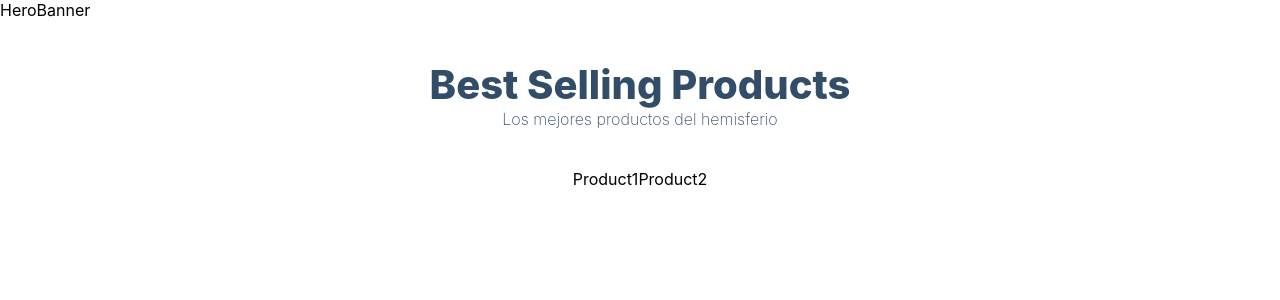
Repository: Josephdiaz99/ecomerceNextJS
Page: /
An editor plug-in stored every save of this project. The page is shown before and after the next save, followed by the edit.
The browser window is 1280 px wide. The pictures show the whole page.
The project was rebuilt for these pictures with package versions that can differ from the ones it lists, and the page was loaded fresh each time. The framework's server and built-in components were replaced by stand-ins that run in the browser. Also part of the build but not shown: next.config.js, components/Cart.jsx, components/Footer.jsx, components/Layout.jsx, components/Navbar.jsx, components/Product.jsx.

Above is the page before, as saved 2022-07-11 10:38:11.

After the next save:
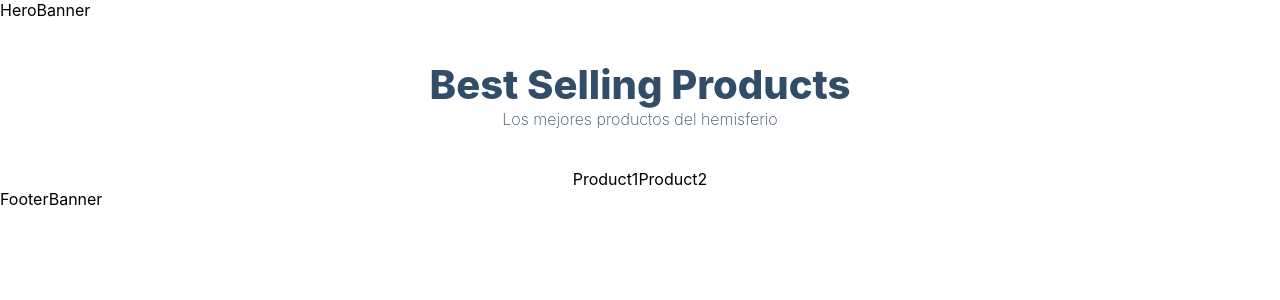
Saved 119 s later.
--- a/pages/index.js
+++ b/pages/index.js
@@ -17,7 +17,7 @@
        { ['Product1','Product2'].map((product)=>product)}
       </div>
 
-
+    <FooterBanner/>
     </div>
 
   )
